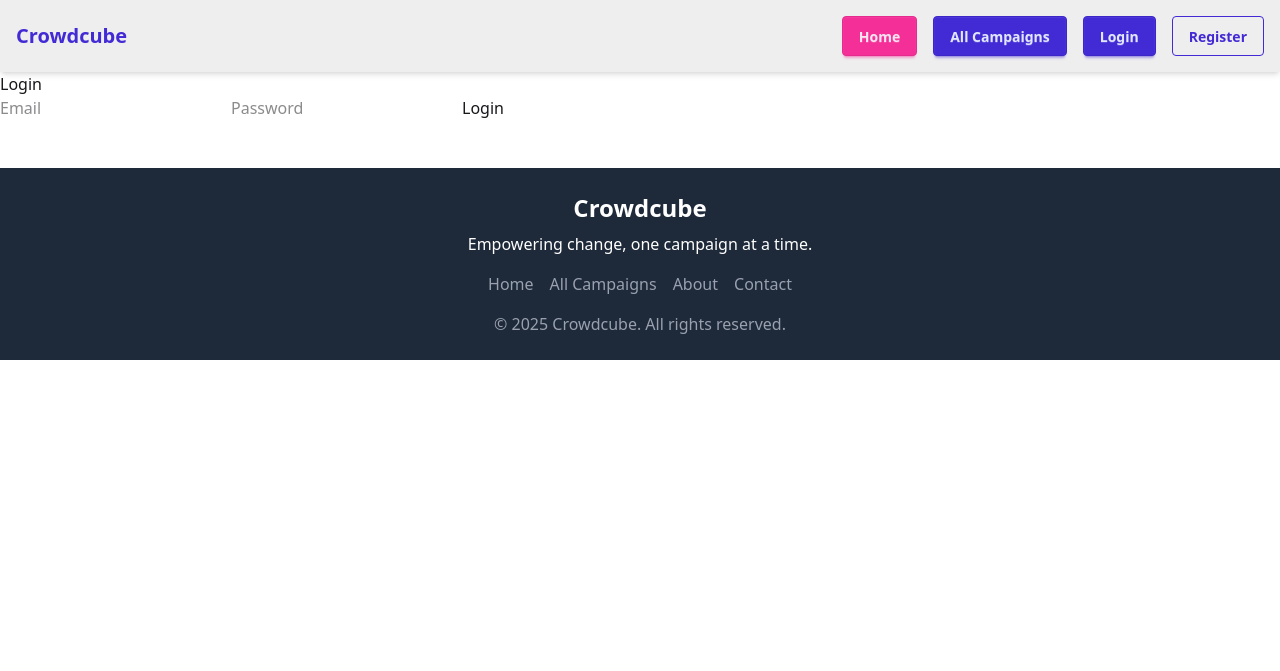
Repository: Aminul-Islam85/crowd-client
Page: /login
The author's editor kept a copy of each file at every save. The page is drawn from the files as they stood at one save, then again after a run of saves.
The browser window is 1280 px wide. The pictures show the whole page.
The project was rebuilt for these pictures with package versions that can differ from the ones it lists, and the page was loaded fresh each time. Also part of the build but not shown: vite.config.js, src/pages/Home.jsx, src/pages/auth/Register.jsx, src/pages/AddCampaign.jsx, src/pages/Campaigns.jsx, src/pages/CampaignDetails.jsx, src/pages/MyDonations.jsx, src/pages/MyCampaigns.jsx.

Above is the page before, as saved 2025-03-18 19:39:08.

After the next 2 saves:
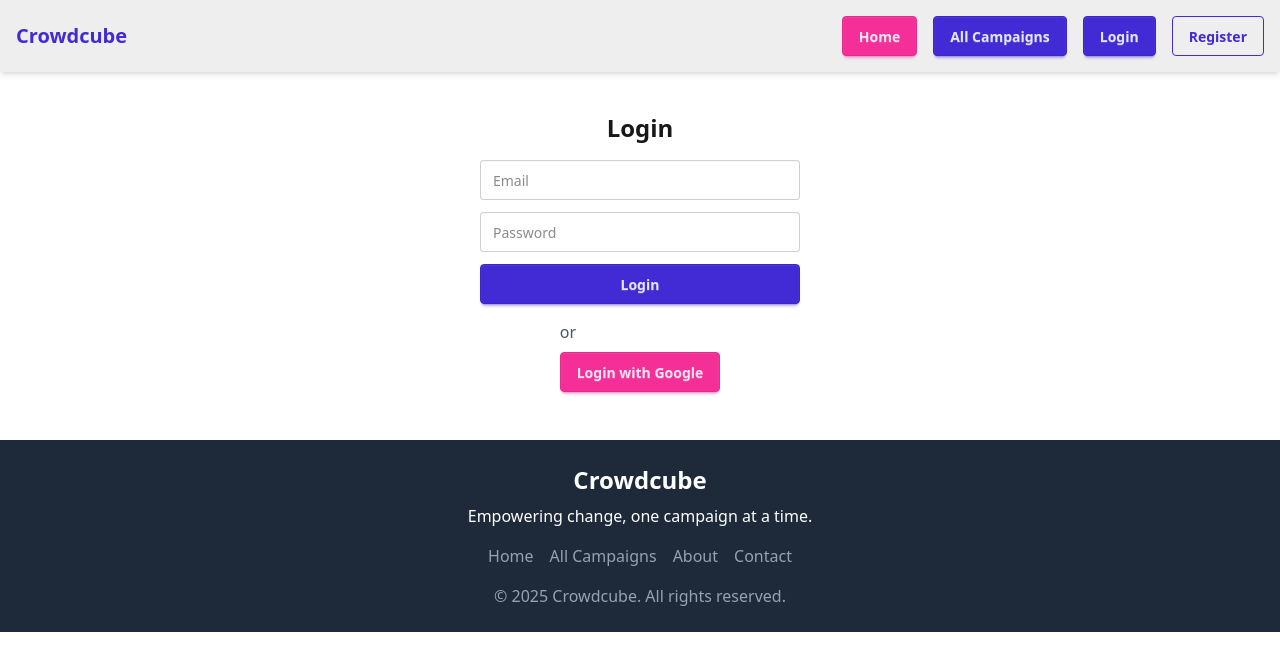
The 2 saves are shown as one change because 1 did not build or start.
The last was saved 11 min 17 s later.
--- a/src/config/firebase.js
+++ b/src/config/firebase.js
@@ -1,5 +1,5 @@
 import { initializeApp } from "firebase/app";
-import { getAuth } from "firebase/auth";
+import { getAuth, GoogleAuthProvider } from "firebase/auth";
 
 const firebaseConfig = {
   apiKey: import.meta.env.VITE_FIREBASE_API_KEY,
@@ -12,5 +12,6 @@ const firebaseConfig = {
 
 const app = initializeApp(firebaseConfig);
 const auth = getAuth(app);
+export const googleProvider = new GoogleAuthProvider();
 
 export { auth, app };
--- a/src/pages/auth/Login.jsx
+++ b/src/pages/auth/Login.jsx
@@ -1,6 +1,6 @@
 import { useState } from "react";
-import { auth } from "../../config/firebase";
-import { signInWithEmailAndPassword } from "firebase/auth";
+import { auth, googleProvider } from "../../config/firebase"; // ✅ Import Google Provider
+import { signInWithEmailAndPassword, signInWithPopup } from "firebase/auth";
 import { useNavigate, useLocation } from "react-router-dom";
 
 const Login = () => {
@@ -15,6 +15,7 @@ const Login = () => {
     setForm({ ...form, [e.target.name]: e.target.value });
   };
 
+  // ✅ Email/Password Login
   const handleSubmit = async (e) => {
     e.preventDefault();
     setError(null);
@@ -32,16 +33,42 @@ const Login = () => {
     }
   };
 
+  // ✅ Google Login
+  const handleGoogleLogin = async () => {
+    setError(null);
+    setSuccess(null);
+
+    try {
+      await signInWithPopup(auth, googleProvider);
+      setSuccess("Google Login successful! Redirecting...");
+      setTimeout(() => {
+        navigate(from, { replace: true }); // Redirect to intended route
+      }, 2000);
+    } catch (err) {
+      console.error("Google Login Error:", err.code, err.message);
+      setError(`Google login failed: ${err.message}`);
+    }
+  };
+
   return (
-    <div>
-      <h2>Login</h2>
-      {error && <p style={{ color: "red" }}>{error}</p>}
-      {success && <p style={{ color: "green" }}>{success}</p>}
-      <form onSubmit={handleSubmit}>
-        <input type="email" name="email" placeholder="Email" onChange={handleChange} required />
-        <input type="password" name="password" placeholder="Password" onChange={handleChange} required />
-        <button type="submit">Login</button>
+    <div className="flex flex-col items-center mt-10">
+      <h2 className="text-2xl font-bold mb-4">Login</h2>
+
+      {error && <p className="text-red-500">{error}</p>}
+      {success && <p className="text-green-500">{success}</p>}
+
+      <form onSubmit={handleSubmit} className="flex flex-col gap-3 w-80">
+        <input type="email" name="email" placeholder="Email" className="input input-bordered w-full" onChange={handleChange} required />
+        <input type="password" name="password" placeholder="Password" className="input input-bordered w-full" onChange={handleChange} required />
+        <button type="submit" className="btn btn-primary w-full">Login</button>
       </form>
+
+      <div className="mt-4">
+        <p className="text-gray-600">or</p>
+        <button onClick={handleGoogleLogin} className="btn btn-secondary w-full mt-2">
+          Login with Google
+        </button>
+      </div>
     </div>
   );
 };
